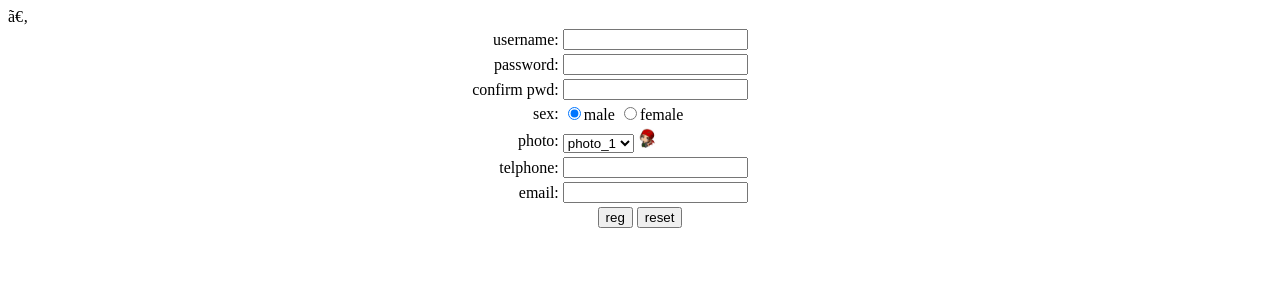
Repository: GetHubByYc/MyEclipse
Page: http://localhost/CheckLogin/reg.jsp
An editor plug-in stored every save of this project. The page is shown before and after the next save, followed by the edit.
The browser window is 1280 px wide. The pictures show the whole page.
The page is served by Tomcat 9. Nobody is signed in. The application's start-up code is not run.

Above is the page before, as saved 2015-11-14 02:45:56.

After the next save:
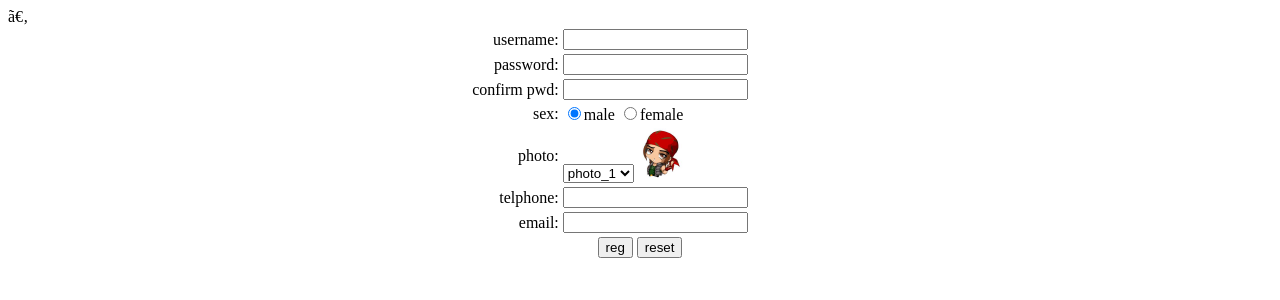
Saved 12 s later.
--- a/CheckLogin/WebRoot/reg.jsp
+++ b/CheckLogin/WebRoot/reg.jsp
@@ -47,7 +47,7 @@
     				<option value="images/avatar_Go_small1.jpg">photo_2</option>
 
     			</select>
-    			<img id="photo_img" style="width:20px;height:20px" src="images/avatar_Dante_small1.jpg"/>
+    			<img id="photo_img" style="width:50px;height:50px" src="images/avatar_Dante_small1.jpg"/>
     		</td>
     	</tr>
     	<tr>
